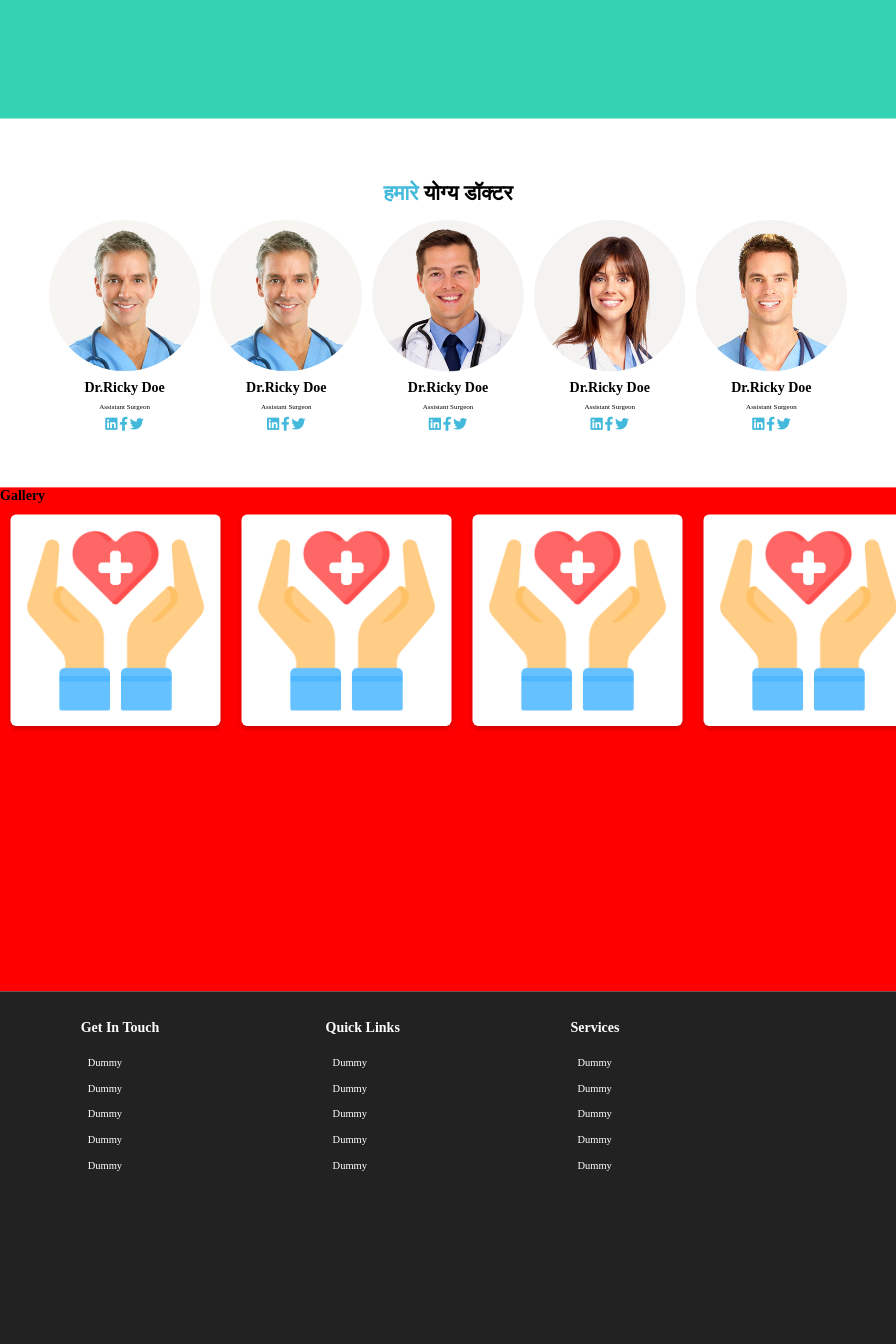
Repository: Aayush919/test
Page: index.html
The author's editor kept a copy of each file at every save. The page is drawn from the files as they stood at one save, then again after the next save.
The browser window is 1280 px wide. The pictures show the part of the page from y = 2826 to 4746 px (the page is 4746 px tall), at 70% of full size.
Some web libraries are served in a nearby version.

Above is the page before, as saved 2023-10-15 12:58:08.
Console error: TypeError: Cannot read properties of null (reading 'addEventListener')

### index.html
<!DOCTYPE html>
<html lang="en">
<head>
    <meta charset="UTF-8">
    <meta http-equiv="X-UA-Compatible" content="IE=edge">
    <meta name="viewport" content="width=device-width, initial-scale=1.0">
    <link href="https://cdn.jsdelivr.net/npm/remixicon@3.5.0/fonts/remixicon.css" rel="stylesheet">
    <link rel="stylesheet" href="fontawesome-free-5.15.3-web/css/all.min.css">
    <link rel="stylesheet" href="style.css">
</head>
<body>
    <header class="header">
        <a href="#" id="logo"><span>माँ </span> हॉस्पिटल <span id="guna">गुना</span></a>

        <nav class="navbar">
        <a href="#">होम</a>
        <a href="#">अबाउट</a>
        <a href="#">गैलरी</a>
        <a href="#">ब्लॉग</a>
        <a href="#">संपर्क</a>

        </nav>

    <div class="icons">
        <i class="ri-linkedin-fill"></i>
        <i class="ri-whatsapp-fill"> </i>

    </div>

<a href="#" id="menu_bars" class="fas fa-bars"></a>
    </header>

   <div class="container">
       <div class="main-text">
           <h2> हमारे पास आपके लिए सर्वोत्तम चिकित्सा योजना विकल्प हैं !</h2>
           <button>संपर्क</button>
       </div>
   </div>
<!-- services we provide -->
<div class="service-section">
    <h2 id="ourservices">हमारी सर्विसेज</h2>
    <div class="inner-service-section">
        <div class="service-box">
            <img src="./images/opd.png" alt="">
        <h2 >मल्टी-स्पेशिलिटी OPD सर्विसेज</h2>
        <p><span>"माँ हॉस्पिटल गुना</span>, आपके लिए मल्टी-स्पेशियलिस्ट आउटपेशेंट डिपार्टमेंट (OPD) सेवा प्रदान करता है, जहाँ रोगियों को विभिन्न चिकित्सा क्षेत्रों के विशेषज्ञों का साथ एक ही छत के नीचे प्राप्त होता है।"</p>
        </div>
        <div class="service-box">
             <img src="./images/em.png" alt="">
        <h2>24*7 इमरजेंसी सर्विसेज</h2>

        <p>
            <span>"माँ हॉस्पिटल गुना</span>, 24*7 ( इमरजेंसी सर्विसेज ) आपातकालीन सेवाएँ प्रदान करते हैं, यानि हमेशा आपके स्वास्थ्य की देखभाल के लिए तैयार खड़े हैं, चाहे रात या दिन
            के किस भी समय हो।"
     </p>
        </div>
        <div class="service-box">
            <img src="./images/icu.png" alt="">
        <h2>ICU/क्रिटिकल केयर</h2>
        <p><span>"माँ हॉस्पिटल गुना</span>, में ICU और गंभीर देखभाल विभाग उन रोगियों के लिए है जो जीवन संकट की स्थिति में हैं। हम उनके लिए उनकी स्वास्थ्य स्थिति की सख्त निगरानी और उच्च गुणवत्ता वाला उपचार प्रदान करने के लिए समर्पित हैं।"
        </p>
        </div>

        <div class="service-box">
            <img src="./images/nicu.png" alt="">
        <h2>NICU/निओनेटल ईंटेंसीव केयर यूनिट</h2>
        <p><span>"माँ हॉस्पिटल गुना</span>,में NICU एक अलग शिशु चिकित्सा इकाई है, जिसमें अलग से जन्म वाले और बाहर से आए शिशुओं के लिए विशेष सेवाएँ उपलब्ध हैं। हम शिशुओं की स्वास्थ्य स्थिति की देखभाल करने और उनके जीवन को बचाने के लिए सशक्त प्रतिबद्ध हैं।"</p>
        </div>
    </div>


    <div class="inner-service-section">
        <div class="service-box">
            <img src="./images/pharmacy.png" alt="">
        <h2>24*7 फार्मेसी </h2>
        <p>"हम 24*7 फार्मेसी सेवा प्रदान करते हैं, ताकि आपको दवाओं और आवश्यक स्वास्थ्य सामग्री की आवश्यकता होने पर भी दिन रात किसी भी समय मिल सके।"
        </p>
        </div>
        <div class="service-box">
          <img src="./images/pathology.png" alt="">
        <h2>पैथोलॉजी</h2>
        <p>"हमारा पैथोलॉजी लैब उच्च गुणवत्ता वाली पथोलॉजी सेवाएँ प्रदान करता है और रोगीयों के निदान और चिकित्सा की सही दिशा में मदद करता है।"</p>
        </div>
        <div class="service-box">
          <img src="./images/ambulance.png" alt="">
        <h2>24*7 एम्बुलेंस</h2>
        <p>"हम एम्बुलेंस सेवा और यातायात की सुविधा प्रदान करते हैं, ताकि आपके स्वास्थ्य आवश्यकता के समय हमारे द्वारा आपको त्वरित और सुरक्षित रूप से पहुंचाया जा सके।"</p>
        </div>

        <div class="service-box">
       <img src="/images/cardiac.png" alt="">
        <h2>कार्डियक केयर</h2>
        <p>"हमारा कार्डियक केयर विभाग हृदय रोगों के निदान, उपचार, और देखभाल में विशेषज्ञता और उच्च गुणवत्ता की गारंटी है। हम रोगियों के स्वास्थ्य की निगरानी रखते हैं और उन्हें स्वस्थ जीवनशैली के लिए मार्गदर्शन प्रदान करते हैं। हम एक सुरक्षित और आदर्श दौरा प्रदान करके हृदय स्वास्थ्य की देखभाल करते हैं।"</p>
        </div>
    </div>
</div>





<div class="work-section">
    <div class="inner-work-section">
        <h2><span>माँ हॉस्पिटल</span>, द्वारा चलाये जाने वाले केम्प की अपडेटेड जानकारी यहा उपलब्ध है।
        </h2>
        <img src="./images/gallery 1.png" alt="">
        </div>
</div>


<!-- our depart-->
<div class="depart">
    <h1>माँ हॉस्पिटल डिपार्टमेंट्स/Departments</h1>
    <div id="keyservice">
        <div id="bx1">
            <h3><span><i class="ri-checkbox-circle-fill"></i></span><a href="#pg1">पीडियाट्रिक्स</a></h3>
            <h3><span><i class="ri-checkbox-circle-fill"></i></span><a href="#pg2">ICU/क्रिटिकल केयर</a></h3>
            <h3><span><i class="ri-checkbox-circle-fill"></i></span><a href="#pg4">NICU/निओनेटल ईंटेंसीव केयर यूनिट</a></h3>
            <h3><span><i class="ri-checkbox-circle-fill"></i></span><a href="#pg5">ट्रामा केयर </a></h3>
            <h3><span><i class="ri-checkbox-circle-fill"></i></span><a href="#pg6">कार्डियक केयर</a></h3>
            <h3><span><i class="ri-checkbox-circle-fill"></i></span><a href="#pg9">मेडिसिन</a></h3>
            <h3><span><i class="ri-checkbox-circle-fill"></i></span><a href="#pg3">ऑर्थोपेडिक्स</a></h3>

        </div>
        <div id="bx2">
            <h3><span><i class="ri-checkbox-circle-fill"></i></span><a href="#pg8">पैथोलॉजी
            </a></h3>
            <h3><span><i class="ri-checkbox-circle-fill"></i></span><a href="#pg7">फार्मेसी</a></h3>
            <h3><span><i class="ri-checkbox-circle-fill"></i></span><a href="#pg10">सोनोग्राफी</a></h3>
            <h3><span><i class="ri-checkbox-circle-fill"></i></span><a href="#pg11">डायटीशियन</a></h3>
            <h3><span><i class="ri-checkbox-circle-fill"></i></span><a href="#pg12">फिजियोथेरेपी
            </a></h3>
            <h3><span><i class="ri-checkbox-circle-fill"></i></span><a href="#pg13">रेडियोलोजी</a></h3>
            <h3><span><i class="ri-checkbox-circle-fill"></i></span><a href="#pg14">एम्बुलेंस &  ट्रांसपोर्टेशन </a></h3>

        </div>
    </div>
</div>
<!-- our depart ended -->

<!-- our docotor seaction -->
<div class="ourteam-section">
    <h2><span>हमारे </span>योग्य डॉक्टर</h2>
    <div class="ourteam-inner">
        <div class="section-box">
            <img src="images/ourteam1.png" alt="">
            <h3>Dr.Ricky Doe</h3>
            <p>assistant surgeon</p>
            <div class="team-social-links">
                <i class="fab fa-linkedin"></i>
                <i class="fab fa-facebook-f"></i>
                <i class="fab fa-twitter"></i>
            </div>
        </div>
        <div class="section-box">
            <img src="images/ourteam1.png" alt="">
            <h3>Dr.Ricky Doe</h3>
            <p>assistant surgeon</p>
            <div class="team-social-links">
                <i class="fab fa-linkedin"></i>
                <i class="fab fa-facebook-f"></i>
                <i class="fab fa-twitter"></i>
            </div>
        </div>
        <div class="section-box">
            <img src="images/ourteam2.png" alt="">
            <h3>Dr.Ricky Doe</h3>
            <p>assistant surgeon</p>
            <div class="team-social-links">
                <i class="fab fa-linkedin"></i>
                <i class="fab fa-facebook-f"></i>
                <i class="fab fa-twitter"></i>
            </div>
        </div>
        <div class="section-box">
            <img src="images/ourteam3.png" alt="">
            <h3>Dr.Ricky Doe</h3>
            <p>assistant surgeon</p>
            <div class="team-social-links">
                <i class="fab fa-linkedin"></i>
                <i class="fab fa-facebook-f"></i>
                <i class="fab fa-twitter"></i>
            </div>
        </div>
        <div class="section-box">
            <img src="images/ourteam4.png" alt="">
            <h3>Dr.Ricky Doe</h3>
            <p>assistant surgeon</p>
            <div class="team-social-links">
                <i class="fab fa-linkedin"></i>
                <i class="fab fa-facebook-f"></i>
                <i class="fab fa-twitter"></i>
            </div>
        </div>

    </div>

</div>
<!-- our doctor seaction end -->

<!-- gallery sections  -->
<div class="gallery">
    <h1>gallery</h1>
    <section class="section-container">
        <div class="product-list-container">
          <div class="product-list" id="productList">
            <!-- Product 1 -->
            <div class="product-card">
              <img src="./images/cardiac.png" alt="">
            </div>
            <div class="product-card">
                <img src="./images/cardiac.png" alt="">
              </div>
              <div class="product-card">
                <img src="./images/cardiac.png" alt="">
              </div>
              <div class="product-card">
                <img src="./images/cardiac.png" alt="">
              </div>
              <div class="product-card">
                <img src="./images/cardiac.png" alt="">
              </div>
              <div class="product-card">
                <img src="./images/cardiac.png" alt="">
              </div>
              <div class="product-card">
                <img src="./images/cardiac.png" alt="">
              </div>
              <div class="product-card">
                <img src="./images/cardiac.png" alt="">
              </div>



          </div>
        </div>



    </div>
    </div>
      </section>
</div>
  <!-- gallery section end-->
<!-- creating footer -->

<div class="main-footer">
    <div class="inner-footer">
        <h2>get in touch</h2>
        <a href="#">dummy</a>
        <a href="#">dummy</a>
        <a href="#">dummy</a>
        <a href="#">dummy</a>
        <a href="#">dummy</a>
    </div>

    <div class="inner-footer">
        <h2>quick links</h2>
        <a href="#">dummy</a>
        <a href="#">dummy</a>
        <a href="#">dummy</a>
        <a href="#">dummy</a>
        <a href="#">dummy</a>
    </div>

    <div class="inner-footer">
        <h2>services</h2>
        <a href="#">dummy</a>
        <a href="#">dummy</a>
        <a href="#">dummy</a>
        <a href="#">dummy</a>
        <a href="#">dummy</a>
    </div>
</div>

<!-- creating footer -->



















<script src="https://cdnjs.cloudflare.com/ajax/libs/gsap/3.12.1/gsap.min.js"integrity="sha512-qF6akR/fsZAB4Co1QDDnUXWnaQseLGXoniuSuSlPQK6+aWhlMZcHzkasCSlnWoe+TJuudlka1/IQ01Dnhgq95g=="crossorigin="anonymous" referrerpolicy="no-referrer"></script>
<script src="https://cdnjs.cloudflare.com/ajax/libs/gsap/3.12.2/ScrollTrigger.min.js"integrity="sha512-Ic9xkERjyZ1xgJ5svx3y0u3xrvfT/uPkV99LBwe68xjy/mGtO+4eURHZBW2xW4SZbFrF1Tf090XqB+EVgXnVjw=="crossorigin="anonymous" referrerpolicy="no-referrer"></script>
    <script src="script.js"></script>
</body>
</html>




<!-- <div class="gel">

    <div class="galleryheading">
        <h2>हमारी <span> गैलरी</span></h2>
    </div>
    <div class="gallery">
        <img src="./images/gallery 1.png" alt="">
        <img src="./images/gallery 1.png"  alt="">
        <img src="./images/gallery3.png" alt="">
        <img src="./images/gallery 4.png" alt="">
        <img src="./images/gallery5.png" alt="">
        <img src="./images/gallery6.png" alt="">
        <img src="/images/gallery6.png" alt="">
        <img src="/images/gallery6.png" alt="">
        <img src="/images/gallery6.png" alt="">
    </div>

</div> -->

### style.css
@import url('https://fonts.googleapis.com/css2?family=Roboto:wght@100;300;400;500;700&display=swap');
:root{
    --fontcolor:#43b9dc;
    --backgroundcolor:#34d3b4;
}
*{
    margin: 0;
    padding: 0;
    font-family:gilroy;
    box-sizing: border-box;
    transition: all .2s linear;
    text-transform: capitalize;
    text-decoration: none;
}
html{
    font-size: 62.5%;
    overflow-x: hidden;
    scroll-behavior: smooth;
}
header{
    position: fixed;
    top: 0;
    left: 0;
    right: 0;
    padding: 2rem 7%;
    display: flex;
    justify-content: space-between;
    align-items: center;
    background:white;
    box-shadow: 0 1rem 1rem rgb(0, 0, 0, .1);
    z-index: 10000000;
}
#guna{
    font-size: 15px;

}
header #logo{
    font-size: 3rem;
    color: black;
}
header #logo span{
    color: var(--fontcolor);
}
header .navbar a{
    font-weight: 600;

    font-size: 1.8rem;
    color: var(--fontcolor);
    margin-left: 1.5rem;
}
.icons i{
font-size: 2rem;
color: var(--fontcolor);
margin-left: 1rem;
}
header #menu_bars{
    font-size: 2rem;
    color: var(--fontcolor);
    display: none;
}
header .navbar.active{
    left: 0;
    transition: .5s;
}
.main-image{

    background-repeat: no-repeat;
    background-size: cover;
    background-position: center;
    width: 100%;
    margin-top: 75px;
    height: 100vh;
}
.container{
    background: url("./images/headerimage.jpg");
    width: 100%;
    padding-top: 8.5rem;
    background-position: center;
    background-size: cover;
    background-repeat: no-repeat;
    height: 100vh;
}
.container .main-text{
    width: 50%;
    position: absolute;
    top: 200px;
    padding: 0 2rem;
    text-align: center;
}
.container .main-text h2{
    font-size: 40px;
    color: #fff;
    padding-bottom: 1.5rem;
}
.container .main-text button{
    padding: 1.5rem 3.5rem;
    background: #3FC1D1;
    color: white;
    border: none;
    border-radius:1px;

    font-weight: 700;
}
.service-section{
    padding: 2rem 7%;
    background: linear-gradient(#43b9dc, #34d3b4);
    min-height: 50vh;
}
#ourservices{
    color: #111;
    font-size: 30px;
    padding: 2rem 0;
    text-align: center;
}
.inner-service-section{
    display: flex;
    flex-wrap: wrap;
    gap: 15px;
    justify-content: center;
    text-align: center;
}
.service-box{
    flex: 1 1 200px;
    padding: 5rem 0;
    box-shadow: 0 1rem 1rem rgba(0, 0, 0, .1);
}
.service-box img{
    color: white;
     height: 10rem;
    padding: .5rem 0;
}

.service-box h2{
    color: #fff;
    font-size: 1.8rem;
    padding: 1rem 0;
}
.service-box p{
    color: white;
    font-size: 1.5rem;
    padding: 0 1rem;
}
.work-section{
    padding: 4rem 7%;
    display: grid;
    grid-template-columns: 2fr 1fr;
    justify-content: center;

}
.inner-work-section img{
    width:  110rem;
    border: 2px solid #34d3b4;
    margin-top: 10px;
}
.inner-work-section h2{
    font-size: 2rem;
    padding: .5rem 0;

}
.inner-work-section h2 span{
    color:#34d3b4;

}
.scnclass{
    padding: 0 1rem;
}
.myimages{
    display: grid;
    grid-template-columns: 1fr 1fr;
    padding-top: 1rem;
}
.btn{
    padding: 1rem 3rem;
    background: var(--backgroundcolor);
    border-radius: 15px;
   display: inline-block;
   color: white;
   font-size: 18px;
   margin-top: 5px;
}
.creative-text{
    padding: 2rem 0;
}
.depart{
    background: var(--backgroundcolor);
    min-height: 85vh;
    padding: 2rem 9%;
}
.depart h1{
    color:#111;
    display: flex;
    align-self: center;
    justify-content: center;
    font-size: 2rem;
}

/* .galleryheading{ */
    /* color: #111;
    padding: 2rem 0;
    text-align: center;
    font-size: 20px;
}
.galleryheading span{
    color: var(--fontcolor);
}
.main-gallery .gallery-box{
    flex: 1 1 300px;
}
.main-gallery{
    display: flex;
    flex-wrap: wrap;
    gap: 15px;
}
.gallery-box img{
    width: 100%;
} */
.ourteam-section{
    padding: 7rem;
}
.ourteam-section h2{
    padding: 2rem;
    font-size: 3rem;
    text-align: center;
}
.ourteam-section h2 span{
    color: var(--fontcolor);
}
.ourteam-inner{
    display: flex;
    /* flex-wrap: wrap; */
    text-align: center;
    gap: 15px;
}
.ourteam-inner .section-box{
    flex: 1 1 250px;
}
.ourteam-inner .section-box img{
    width: 100%;
}
.section-box h3{
    padding: 1rem 0;
    font-size: 2rem;
}
.team-social-links i{
    color: var(--fontcolor);
    font-size: 2rem;
    padding:1rem 0;
}
.main-footer{
    display: flex;
    flex-wrap: wrap;
    justify-content: space-between;
    background: #222;
    padding: 2rem 9%;
    height: 70vh;
}
.inner-footer{
    flex: 1 1 200px;
}
.inner-footer h2{
    color: white;
    font-size: 2rem;
    padding: 2rem 0;
}
.inner-footer a{
    display: block;

    color: white;
    font-size: 1.5rem;
    padding: 1rem;
}












@media (max-width:768px) {
    html{
        font-size: 50%;
    }
    header #menu_bars{
        display: initial;
    }

    header .navbar{
        position: absolute;
        top: 100%;
        left: 100%;
        right: 0;
        background: var(--backgroundcolor);
        height: 100vh;
        text-align: center;

    }
    header .navbar a{
        display: block;

        background: white;
        margin-top: 1rem;
        padding: 2rem;
        width: 90%;
        border-radius: 10px;
    }
    .container .main-text{
        width: 70%;
        padding: 0 ;
    }
   .work-section{
       display: grid;
       grid-template-columns: 1fr;

   }
   .myimages img{
       width: 100%;
   }
   .btn{
       display: block;
   }
   .inner-work-section h2{
    font-size:1.2rem;
   display: flex;
   flex-wrap: wrap;
   align-self:center;
   justify-content: center;
}

.depart{
    background: var(--backgroundcolor);
    min-height:65vh;
    padding: 2rem 9%;
}

.depart h1{
    color:#111;
    display: flex;
    align-self: center;
    justify-content: center;
    font-size: 1.9rem;
}
.ourteam-inner{
    display: flex;
    flex-wrap: wrap;
    text-align: center;
    gap: 15px;
}
.ourteam-section h2{
    padding: 2rem;
    font-size: 2.7rem;
    text-align: center;
}
}

/*
.gallery{
    display: grid;
    grid-template-columns: repeat(3, 1fr);
    gap: 1vh;
    margin-inline: auto;
    max-width: 70rem;

    background: #141414;
    background: var(--backgroundcolor);
    padding: 1vh;
}

 .gallery > img{
    width: 100%;
    aspect-ratio: 1 / 1;
    object-fit: cover;
    transition: all 0.3s ease;
    border-radius:2px;

}

.gallery:has(img:hover) img:not(:hover) {
    scale: 0.8;
    opacity: 0.5;
    filter: grayscale(70%);
}
 */


#keyservice {
    padding-top: 4vw;
    padding-left: 2vw;
    font-family: g-r;
    /* background-color: crimson; */
    height: 55vh;
    display: flex;
    justify-content: space-between;
}

#keyservice h3 {
    color: #ffffff;
    display: flex;
    cursor: pointer;
    font-family: g-r;
    font-weight: 300;
    font-size: 1.5rem;

     line-height: 2rem;

}

#keyservice h3:hover {
    color: yellow;
    font-weight: 500;
}

#keyservice h3 span {
    color: #ffffff;
    margin-right: 4px;
}

#keyservice h3 a {
    text-decoration: none;
    color: #fff;
}

#keyservice h3 a:hover {
    color: yellow;
}

#bx1 {
    /* background-color: #77b9d7; */
    height: 40vh;
    display: flex;
    flex-direction: column;
    justify-content: space-between;
    width: 45%;
    border-right: 2px solid white;
}

#bx2 {
    height: 40vh;
    display: flex;
    flex-direction: column;
    justify-content: space-between;
    /* height: 25.5vh; */
    width: 50%;
    /* background-color: #9477d7; */
}

section-container {
    min-height: 100vh;
    background: #34d3b4;
    margin: auto;
    padding: 20px;
    display: flex;
    align-items: center; /* Align the scroll icon vertically */
  }

  .product-list-container {
    position: relative;
    overflow-x: auto;
    white-space: nowrap;
    scrollbar-width: thin;
    scrollbar-color: #333 #ccc;
    cursor: pointer;
  }

  .product-list {
    display: flex;
    flex-direction: row;
  }

  .product-card {
    position: relative;
    flex: 0 0 auto;
      width:300px;
    margin: 15px;
    padding: 20px;
    box-shadow: 0 4px 8px rgba(0, 0, 0, 0.2);
    border-radius: 8px;
        background: #fff;
  }


  .product-card img {
    width: 100%;
    height: auto;
  }

  /* Style scrollbar for Chrome, Safari, and Opera */
  .product-list-container::-webkit-scrollbar {
    width: 5px;
    height: 5px;
  }

  .product-list-container::-webkit-scrollbar-thumb {
    background: #333;
  }

  .product-list-container::-webkit-scrollbar-thumb:hover {
    background:#34d3b4;
  }

  .gallery{
    min-height: 100vh;
    background-color:red;

  }


/*
  @media screen and (max-width: 600px) {
    .product-card {
      width: 90%;
      margin: 10px;
    }
  }
   */

### script.js
let menubtn =document.querySelector('#menu_bars');
let mynav =document.querySelector('.navbar');

menubtn.onclick = () =>{
    menubtn.classList.toggle('fa-times');
    mynav.classList.toggle('active');
}


var ts = document.querySelector('#testimonialsSlide');
var psd= document.querySelector('#pointsliderdiv');
let countTS = 0;
let psdCnt =0;
document.querySelector("#buttonsss1").addEventListener('click',function(){


    psdCnt -=14
    if(psdCnt === -14){
        psdEnd()
    }
    psd.style.left= psdCnt + '%';

    countTS += 100;
    if(countTS === 100){
        TreachStart();
    }
    ts.style.left = countTS + 'vw';
})

document.querySelector("#buttonsss2").addEventListener('click',function(){


    psdCnt +=14
    if(psdCnt === 98){
        psdStart()
    }
    psd.style.left = psdCnt + '%';


    countTS -= 100;
    if(countTS === -700){
        TreachEnd();
    }
    ts.style.left = countTS + 'vw';
})

function psdEnd(){
    psdCnt = 84;
}
function psdStart(){
    psdCnt = 0;
}

function TreachEnd(){
    countTS = 0;
}
function TreachStart(){
    countTS = -600;
}

function movingTestimonials(){
    document.querySelector("#buttonsss2").click();
}

setInterval(movingTestimonials,7000);



document.addEventListener("DOMContentLoaded", function() {
    const scrollRight = document.getElementById("scrollRight");
    const productListContainer = document.querySelector(".product-list-container");

    console.log("Initial Scroll Left:", productListContainer.scrollLeft);

    scrollRight.addEventListener("click", function() {
      console.log("Clicked!");
      productListContainer.scrollBy({
        top: 0,
        left: 620,
        behavior: 'smooth'
      });
      console.log("Scroll Left After:", productListContainer.scrollLeft);
    });
  });

Loaded but not shown: fontawesome-free-5.15.3-web/css/all.min.css (library)

After the next save:
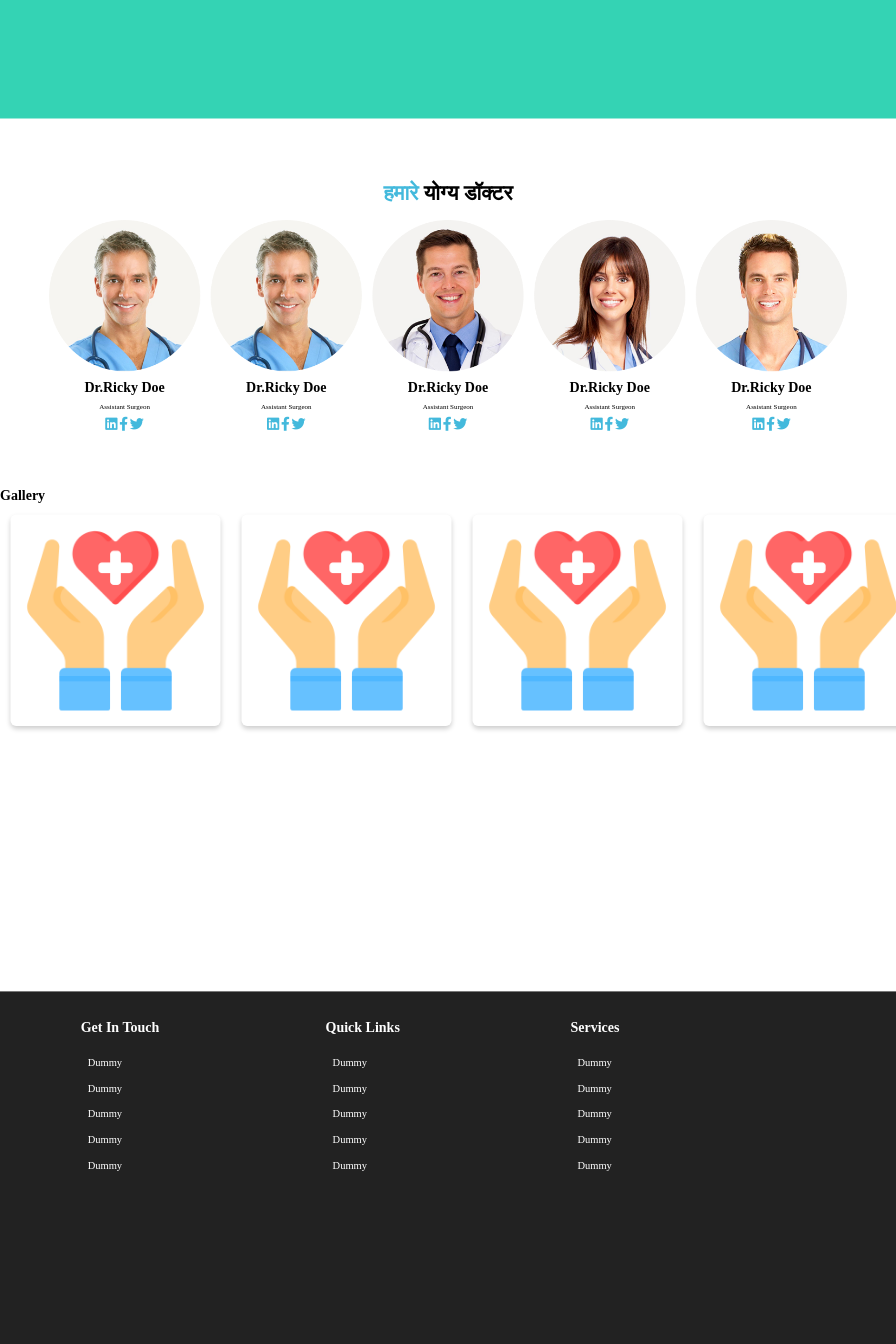
Saved 21 s later.
--- a/style.css
+++ b/style.css
@@ -504,7 +504,7 @@ section-container {
 
   .gallery{
     min-height: 100vh;
-    background-color:red;
+    background-color:34d3b4;
 
   }
 
